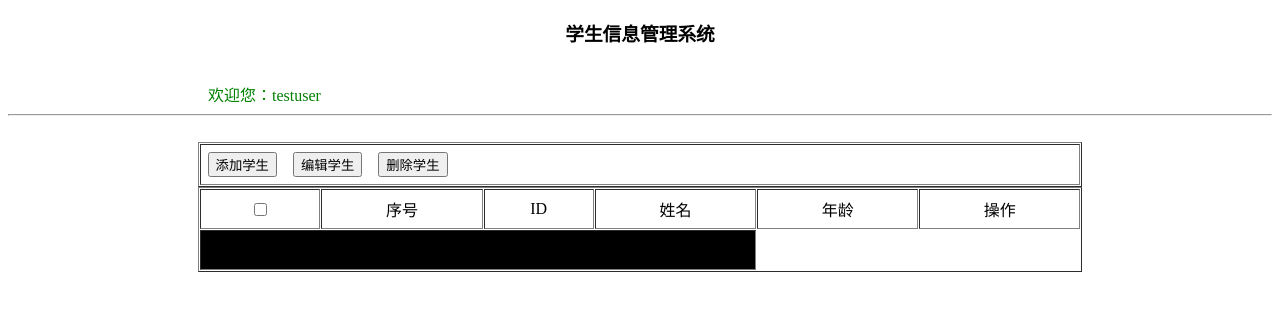
Repository: DataBoxWx/mvc_servlet_3
Page: http://localhost/jsp_1_homework/studentlist.do
These files come from the project's save history. The page is drawn as it stood at one moment and after the next save; the edit follows.
The browser window is 1280 px wide. The pictures show the whole page.
The page is served by Tomcat 9. The session is filled in as if someone had signed in: {"username": "testuser"}. Queries for data that is not in the repository find no rows.

Above is the page before, as saved 2018-05-04 13:51:31.

After the next save:
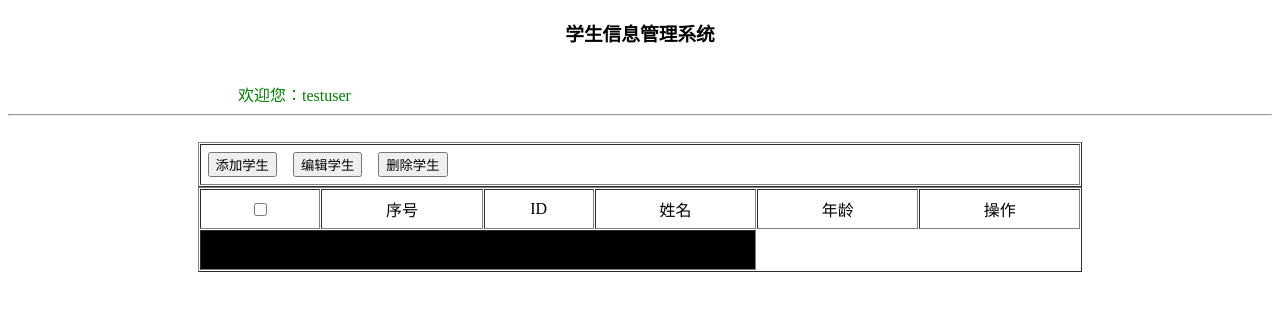
Saved 9 s later.
--- a/jsp_1_homework/WebContent/jsp/studentlist.jsp
+++ b/jsp_1_homework/WebContent/jsp/studentlist.jsp
@@ -84,7 +84,7 @@
 </head>
 <body>
 	<h3 style="text-align:center">学生信息管理系统</h3><br/>
-	<div style="color: green;margin-left: 200px">欢迎您：${username}</div><hr><br>
+	<div style="color: green;margin-left: 230px">欢迎您：${username}</div><hr><br>
 	<table border="1"  align="center" width=70% cellpadding="7" cellspacing="1">
 		<tr>
 			<td style="text-align:left" >
